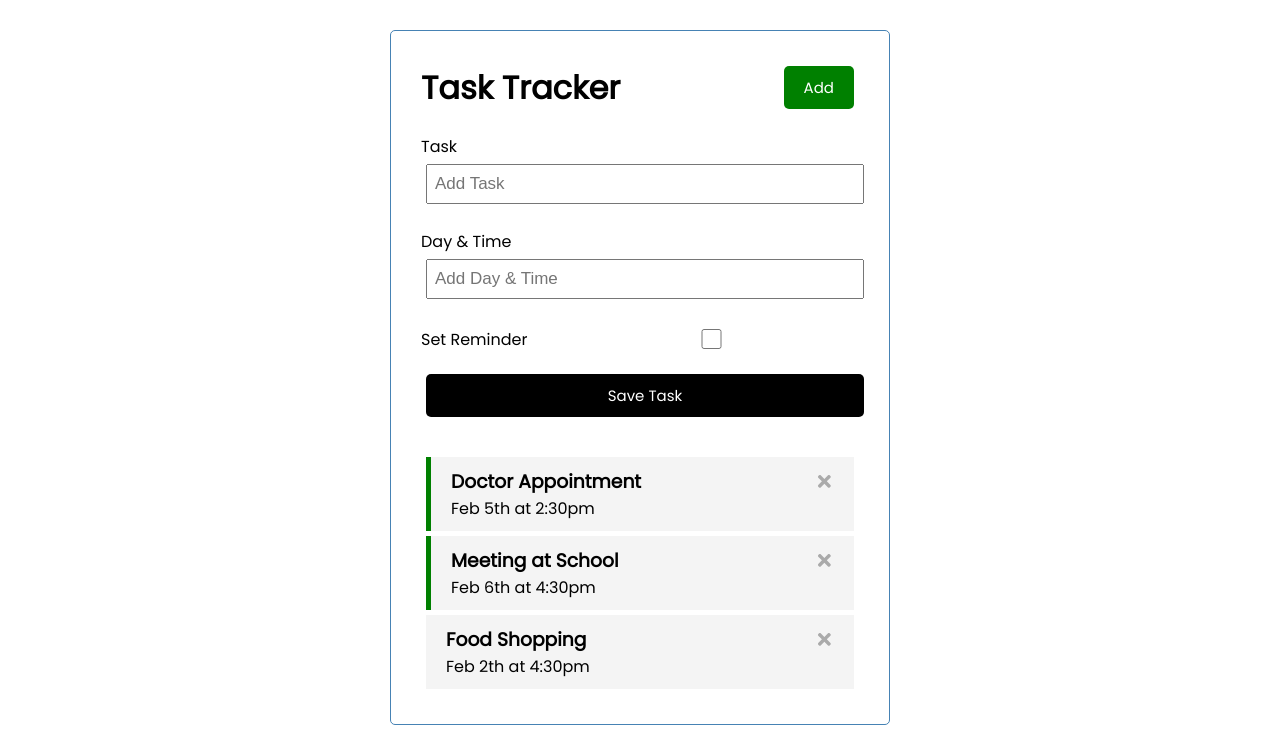
Repository: kate30980/task-tracker-reactjs
Page: /
An editor plug-in stored every save of this project. The page is shown before and after the next save, followed by the edit.
The browser window is 1280 px wide. The pictures show the whole page.
The project was rebuilt for these pictures with package versions that can differ from the ones it lists, and the page was loaded fresh each time.

Above is the page before, as saved 2021-09-19 21:11:34.

### public/index.html
<!DOCTYPE html>
<html lang="en">

<head>
  <meta charset="utf-8" />
  <link rel="icon" href="%PUBLIC_URL%/favicon.ico" />
  <meta name="viewport" content="width=device-width, initial-scale=1" />
  <meta name="theme-color" content="#000000" />
  <meta name="description" content="Web site created using create-react-app" />
  <link rel="apple-touch-icon" href="%PUBLIC_URL%/logo192.png" />
  <!--
      manifest.json provides metadata used when your web app is installed on a
      user's mobile device or desktop. See https://developers.google.com/web/fundamentals/web-app-manifest/
    -->
  <link rel="manifest" href="%PUBLIC_URL%/manifest.json" />
  <!--
      Notice the use of %PUBLIC_URL% in the tags above.
      It will be replaced with the URL of the `public` folder during the build.
      Only files inside the `public` folder can be referenced from the HTML.

      Unlike "/favicon.ico" or "favicon.ico", "%PUBLIC_URL%/favicon.ico" will
      work correctly both with client-side routing and a non-root public URL.
      Learn how to configure a non-root public URL by running `npm run build`.
    -->
  <title>Task Tracker</title>
</head>

<body>
  <noscript>You need to enable JavaScript to run this app.</noscript>
  <div id="root"></div>
  <!--
      This HTML file is a template.
      If you open it directly in the browser, you will see an empty page.

      You can add webfonts, meta tags, or analytics to this file.
      The build step will place the bundled scripts into the <body> tag.

      To begin the development, run `npm start` or `yarn start`.
      To create a production bundle, use `npm run build` or `yarn build`.
    -->
</body>

</html>

### src/index.css
@import url('https://fonts.googleapis.com/css2?family=Poppins:wght@300;400&display=swap');

* {
  box-sizing: border-box;
  margin: 0;
  padding: 0;
}

body {
  font-family: 'Poppins', sans-serif;
}

.container {
  max-width: 500px;
  margin: 30px auto;
  overflow: auto;
  min-height: 300px;
  border: 1px solid steelblue;
  padding: 30px;
  border-radius: 5px;
}

.header {
  display: flex;
  justify-content: space-between;
  align-items: center;
  margin-bottom: 20px;
}

.btn {
  display: inline-block;
  background: #000;
  color: #fff;
  border: none;
  padding: 10px 20px;
  margin: 5px;
  border-radius: 5px;
  cursor: pointer;
  text-decoration: none;
  font-size: 15px;
  font-family: inherit;
}

.btn:focus {
  outline: none;
}

.btn:active {
  transform: scale(0.98);
}

.btn-block {
  display: block;
  width: 100%;
}

.task {
  background: #f4f4f4;
  margin: 5px;
  padding: 10px 20px;
  cursor: pointer;
}

.task.reminder {
  border-left: 5px solid green;
}

.task h3 {
  display: flex;
  align-items: center;
  justify-content: space-between;
}

.add-form {
  margin-bottom: 40px;
}

.form-control {
  margin: 20px 0;
}

.form-control label {
  display: block;
}

.form-control input {
  width: 100%;
  height: 40px;
  margin: 5px;
  padding: 3px 7px;
  font-size: 17px;
}

.form-control-check {
  display: flex;
  align-items: center;
  justify-content: space-between;
}

.form-control-check label {
  flex: 1;
}

.form-control-check input {
  flex: 2;
  height: 20px;
  font-family: inherit;
}

footer {
  margin-top: 30px;
  text-align: center;
}

### src/App.js
import { useState } from "react";
import Header from "./components/Header";
import Tasks from "./components/Tasks";
import AddTask from "./components/AddTask";

function App() {
  const [tasks, setTasks] = useState([
    {
      id: 1,
      text: "Doctor Appointment",
      day: "Feb 5th at 2:30pm",
      reminder: true,
    },
    {
      id: 2,
      text: "Meeting at School",
      day: "Feb 6th at 4:30pm",
      reminder: true,
    },
    {
      id: 3,
      text: "Food Shopping",
      day: "Feb 2th at 4:30pm",
      reminder: false,
    },
  ]);

  //Add Task
  const addTask = (task) => {
    const id = Math.floor(Math.random() * 10000) + 1;
    const newTask = { id, ...task };
    setTasks([...tasks, newTask]);
  };

  // Delete tasks
  const deleteTask = (id) => {
    setTasks(tasks.filter((task) => task.id !== id));
  };

  //Toogle reminder
  const toggleReminder = (id) => {
    setTasks(
      tasks.map((task) =>
        task.id === id ? { ...task, reminder: !task.reminder } : task
      )
    );
  };

  return (
    <div className="container">
      <Header />
      <AddTask onAdd={addTask} />
      {tasks.length > 0 ? (
        <Tasks tasks={tasks} onDelete={deleteTask} onToggle={toggleReminder} />
      ) : (
        "No Tasks To Show"
      )}
    </div>
  );
}

export default App;

### src/components/Header.js
import PropTypes from "prop-types";
import Button from "./Button";

const Header = ({ title }) => {
  const onClick = () => {
    console.log("Click");
  };
  return (
    <header className="header">
      <h1>{title}</h1>
      <Button color="green" text="Add" onClick={onClick} />
    </header>
  );
};

Header.defaultProps = {
  title: "Task Tracker",
};

Header.propTypes = {
  title: PropTypes.string.isRequired,
};

export default Header;

### src/components/AddTask.js
import { useState } from "react";

const AddTask = ({ onAdd }) => {
  const [text, setText] = useState("");
  const [day, setDay] = useState("");
  const [reminder, setReminder] = useState(false);

  const onSubmit = (e) => {
    e.preventDefault();

    if (!text) {
      alert("Please add a task");
      return;
    }

    onAdd({ text, day, reminder });

    setText("");
    setDay("");
    setReminder(false);
  };

  return (
    <form className="add-form" onSubmit={onSubmit}>
      <div className="form-control">
        <label>Task</label>
        <input
          type="text"
          placeholder="Add Task"
          value={text}
          onChange={(e) => setText(e.target.value)}
        />
      </div>
      <div className="form-control">
        <label>Day & Time</label>
        <input
          type="text"
          placeholder="Add Day & Time"
          value={day}
          onChange={(e) => setDay(e.target.value)}
        />
      </div>
      <div className="form-control form-control-check">
        <label>Set Reminder</label>
        <input
          type="checkbox"
          checked={reminder}
          value={reminder}
          onChange={(e) => setReminder(e.currentTarget.checked)}
        />
      </div>

      <input type="submit" value="Save Task" className="btn btn-block" />
    </form>
  );
};

export default AddTask;

### src/components/Task.js
import { FaTimes } from "react-icons/fa";

const Task = ({ task, onDelete, onToggle }) => {
  return (
    <div
      className={`task ${task.reminder ? "reminder" : ""}`}
      onDoubleClick={() => onToggle(task.id)}
    >
      <h3>
        {task.text}{" "}
        <FaTimes
          style={{ color: "#aaa", cursor: "pointer" }}
          onClick={() => onDelete(task.id)}
        />
      </h3>
      <p>{task.day}</p>
    </div>
  );
};

export default Task;

Loaded but not shown: src/index.js (common file); src/reportWebVitals.js (common file); src/components/Tasks.js (common file); src/components/Button.js (common file)

After the next save:
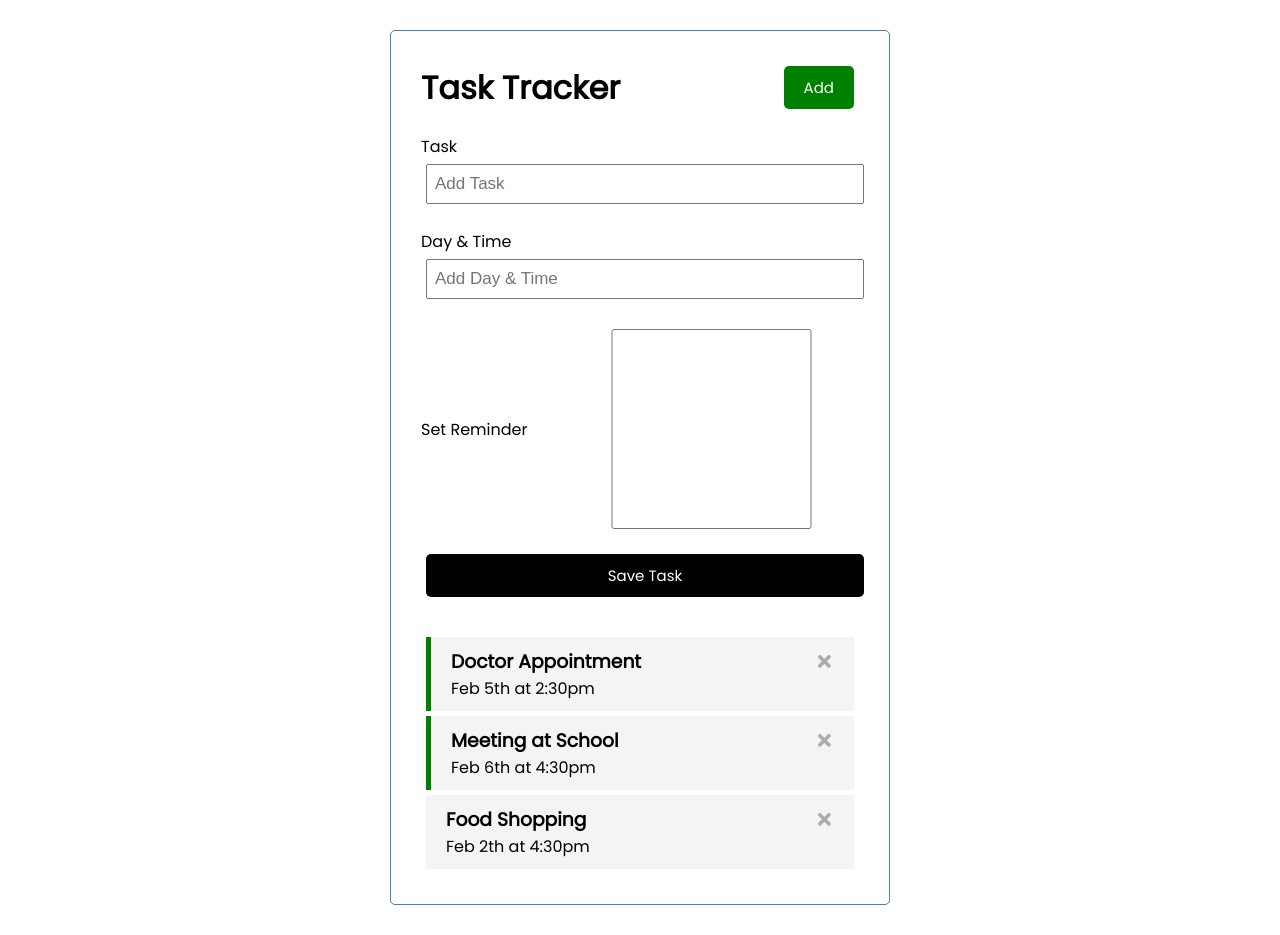
Saved 19 s later.
--- a/src/index.css
+++ b/src/index.css
@@ -103,7 +103,7 @@ body {
 
 .form-control-check input {
   flex: 2;
-  height: 20px;
+  height: 200px;
   font-family: inherit;
 }
 
